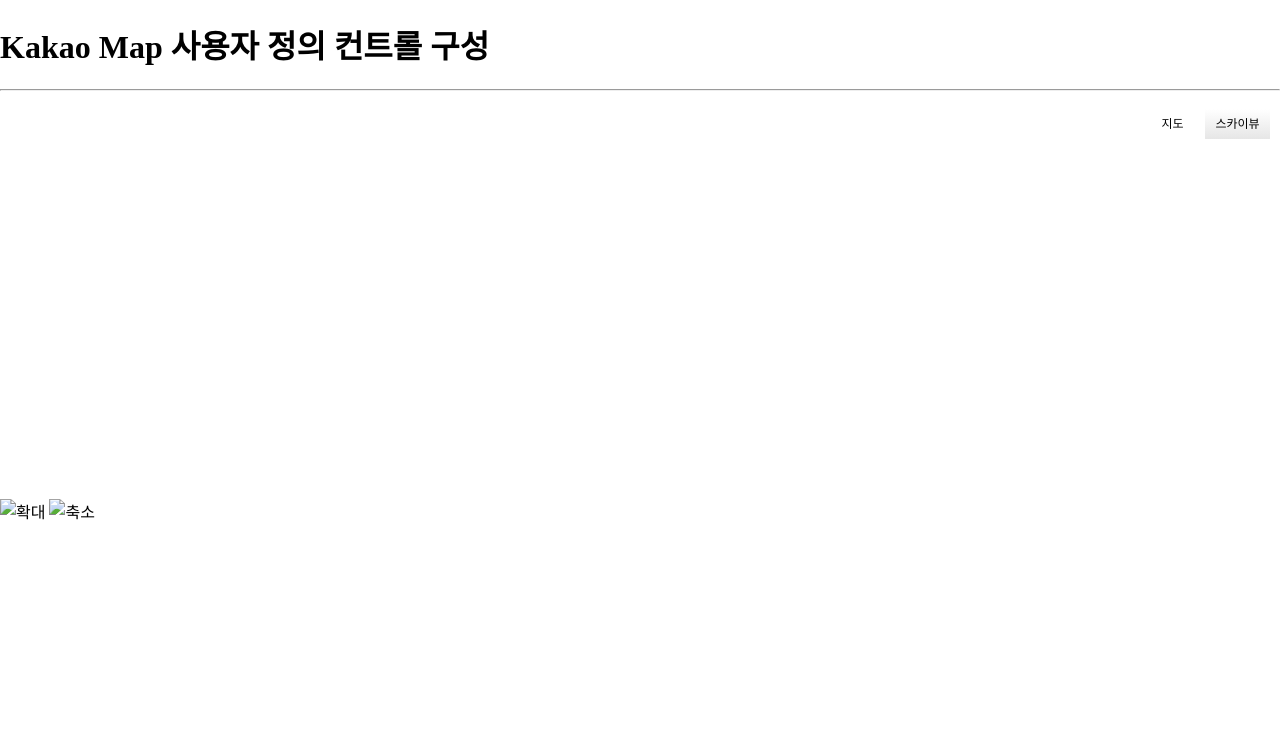
Repository: youngsik0405/KakaoMapStudy
Page: MapApp/WebContent/MapTest008.html
The author's editor kept a copy of each file at every save. The page is drawn from the files as they stood at one save, then again after the next save.
The browser window is 1280 px wide. The pictures show the whole page.

Above is the page before, as saved 2025-03-10 03:48:49.

After the next save:
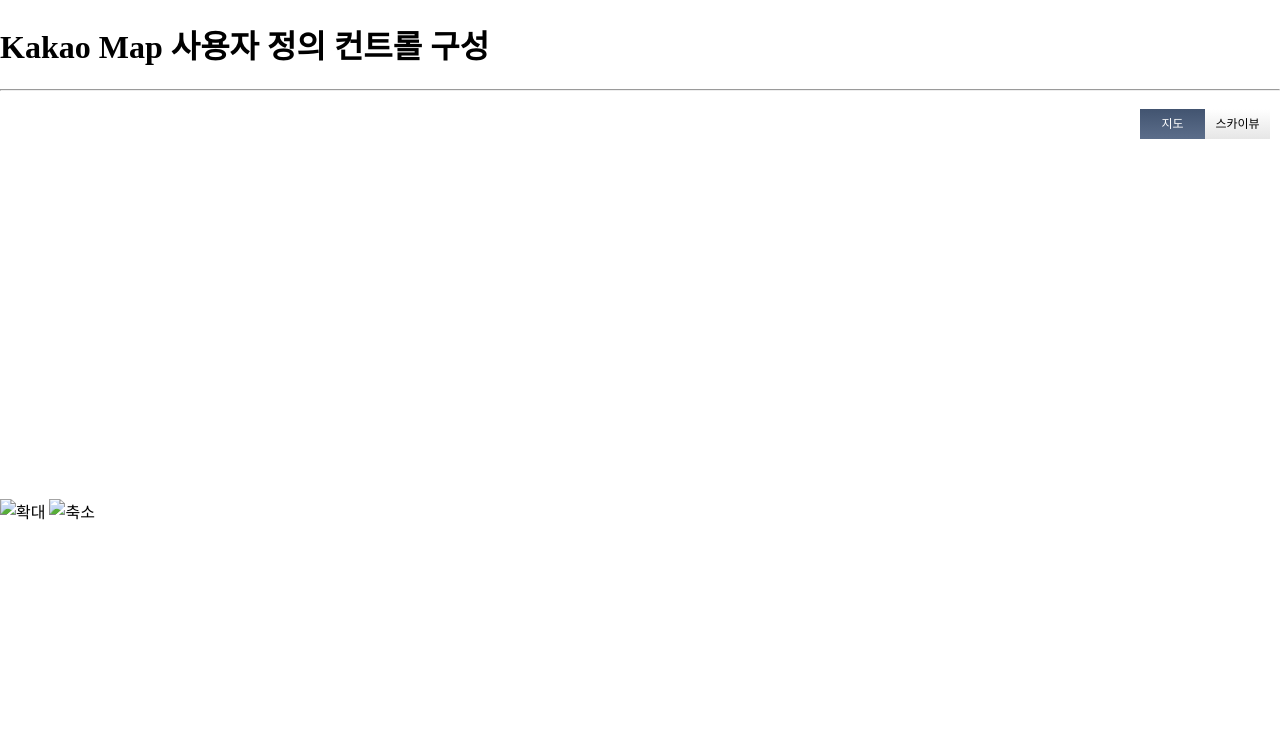
Saved 113 s later.
--- a/MapApp/WebContent/MapTest008.html
+++ b/MapApp/WebContent/MapTest008.html
@@ -52,6 +52,14 @@
 		background: linear-gradient(#e6e6e6, #fff);
 	}
 
+	.customTypecontrol .selectedBtn
+	{
+		color: #fff;
+		background: #425470;
+		background: linear-gradient(#425470, #5b6d8a);
+	}
+	.customTypecontrol .selectedBtn:hover {color: #fff;}
+
 </style>
 
 </head>
